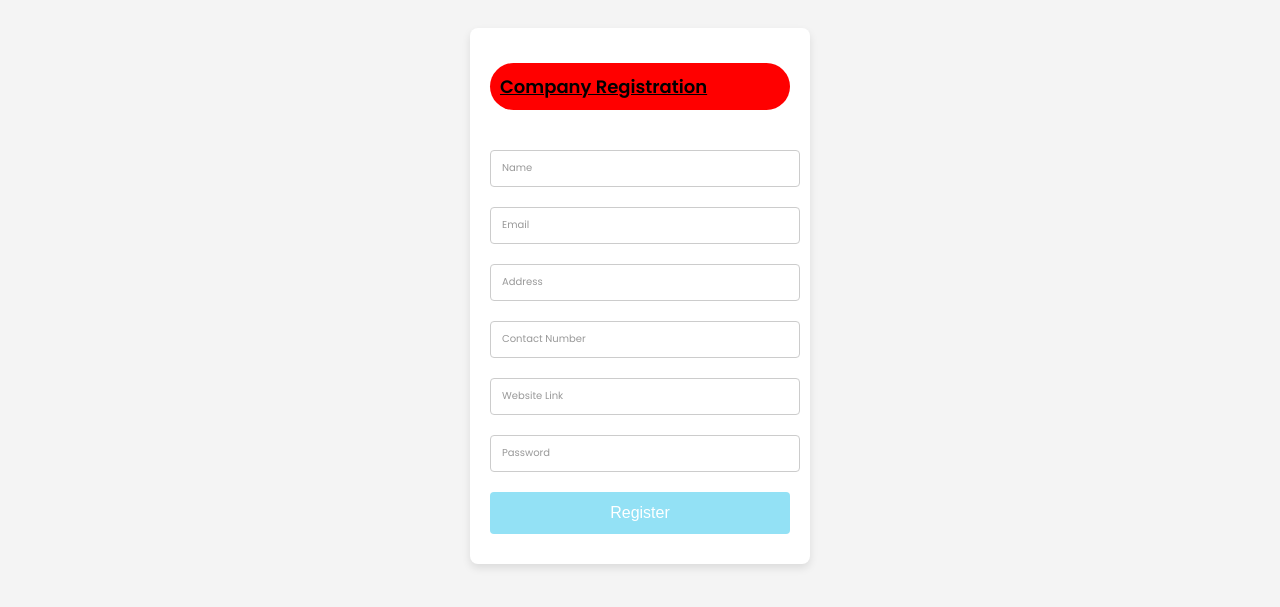
Repository: parthsabhani/Job_Portal_JSP_Servlet
Page: http://localhost/Job_Portal/companyRegistration.jsp
These files come from the project's save history. The page is drawn as it stood at one moment and after the next save; the edit follows.
The browser window is 1280 px wide. The pictures show the whole page.
The page is served by Tomcat 9. Other server files are loaded and not shown.

Above is the page before, as saved 2025-04-22 08:40:20.

### Job_Portal/src/main/webapp/companyRegistration.jsp
<%@ page language="java" contentType="text/html; charset=UTF-8"
	pageEncoding="UTF-8"%>
<!DOCTYPE html>
<html lang="en">
<head>
<meta charset="UTF-8">
<meta name="viewport" content="width=device-width, initial-scale=1.0">
<title>Company Registration</title>

<!-- Import Poppins font -->
<link
	href="https://fonts.googleapis.com/css2?family=Poppins:wght@400;600&display=swap"
	rel="stylesheet">

<!-- Internal CSS -->
<style>
body {
	font-family: 'Poppins', sans-serif;
	background-color: #f4f4f4;
	display: flex;
	justify-content: center;
	align-items: center;
	height: 100%;
}

.registration-container {
	background-color: white;
	padding: 20px;
	margin: 20px;
	border-radius: 8px;
	box-shadow: 0 4px 8px rgba(0, 0, 0, 0.1);
	width: 100%;
	font-size: 12px;
	max-width: 300px;
}

h2 {
	text-decoration: underline;
	text-align: left;
	background-color: red;
	padding: 10px;
	border-radius: 40px;
	margin-bottom: 40px;
}

form {
	display: flex;
	flex-direction: column;
}

.input-container {
	position: relative;
	margin-bottom: 20px;
}

input {
	padding: 12px 4px;
	margin: 0;
	border: 1px solid #ccc;
	border-radius: 4px;
	font-size: 10px;
	width: 100%;
	background-color: #fff; /* Keep the input background white */
	z-index: 1; /* Ensure the input stays behind the label */
}

input:focus {
	border-color: #4d90fe;
	outline: none;
}

/* Floating label */
input:focus+label, input:not(:placeholder-shown)+label {
	font-size: 10px;
	color: #4d90fe;
	top: -9px; /* Adjusted to align with the upper edge of the text */
}

label {
	position: absolute;
	top: 10px; /* Slightly adjusted to align with the text */
	left: 8px;
	font-size: 10px;
	transition: all 0.2s ease;
	color: #999;
	pointer-events: none;
	z-index: 2; /* Ensure the label stays above the input */
	background-color: #fff; /* To avoid background showing through */
	padding: 0 4px;
	/* Add some padding to avoid label overlapping input edges */
}

.submit-btn {
	background-color: #93e1f5;
	color: white;
	padding: 12px;
	border: none;
	border-radius: 4px;
	font-size: 16px;
	cursor: pointer;
}

.submit-btn:hover {
	background-color: #71d5f0;
}

.error {
	color: red;
	font-size: 10px;
	margin-bottom: 10px;
}
</style>
</head>
<body>

	<div class="registration-container">
		<h2>Company Registration</h2>
		<form action="" method="post" id="registrationForm">

			<!-- Full Name Field -->
			<div class="input-container">
				<input type="text" id="fullName" name="fullName" placeholder=" "
					required> <label for="fullName">Name</label>
			</div>

			<!-- Email Field -->
			<div class="input-container">
				<input type="email" id="email" name="email" placeholder=" " required>
				<label for="email">Email</label>
			</div>

			<!-- Address Field -->
			<div class="input-container">
				<input type="text" id="address" name="address" placeholder=" ">
				<label for="address">Address</label>
			</div>

			<!-- Phone Number Field -->
			<div class="input-container">
				<input type="tel" id="phone" name="phone" placeholder=" " required>
				<label for="phone">Contact Number</label>
			</div>

			<!-- Web site Field -->
			<div class="input-container">
				<input type="text" id="website" name="website" placeholder=" ">
				<label for="website">Website Link</label>
			</div>

			<!-- Password Field -->
			<div class="input-container">
				<input type="password" id="password" name="password" placeholder=" "
					required> <label for="password">Password</label>
			</div>

			<button type="submit" class="submit-btn">Register</button>

			<div id="errorMessages" class="error">
				<%
				// JSP Server-side Error Messages
				String errorMessages = (String) request.getAttribute("errorMessages");
				if (errorMessages != null) {
					out.print(errorMessages);
				}
				%>
			</div>
		</form>
	</div>

</body>
</html>

After the next save:
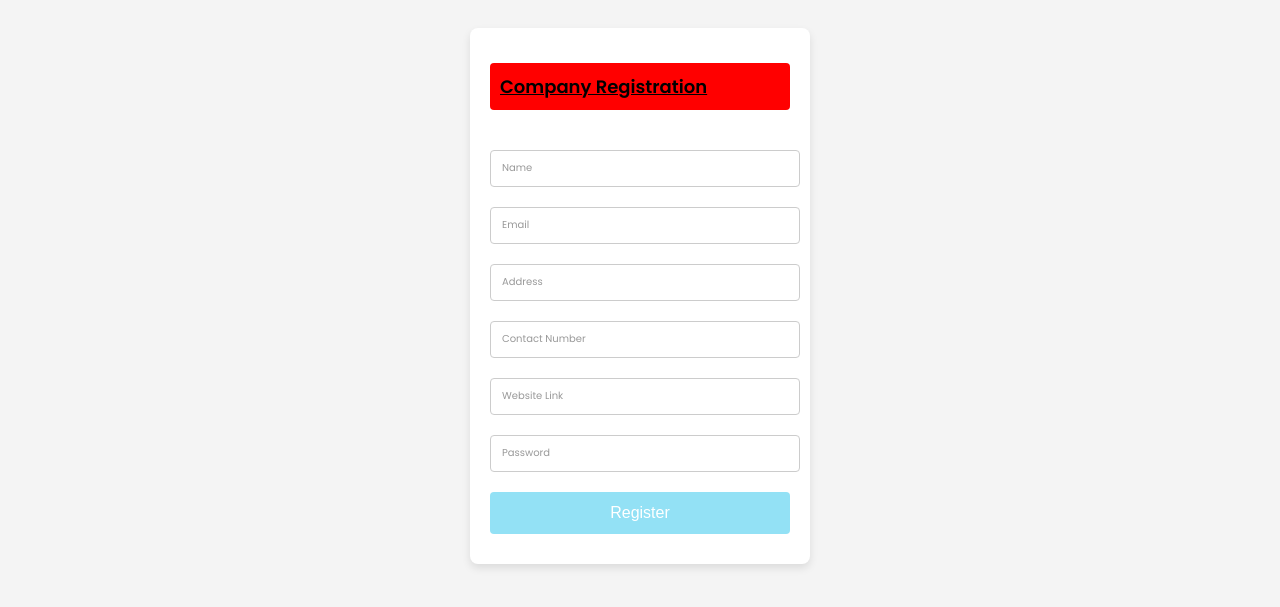
Saved 8 s later.
--- a/Job_Portal/src/main/webapp/companyRegistration.jsp
+++ b/Job_Portal/src/main/webapp/companyRegistration.jsp
@@ -39,7 +39,7 @@ h2 {
 	text-align: left;
 	background-color: red;
 	padding: 10px;
-	border-radius: 40px;
+	border-radius: 4px;
 	margin-bottom: 40px;
 }
 
